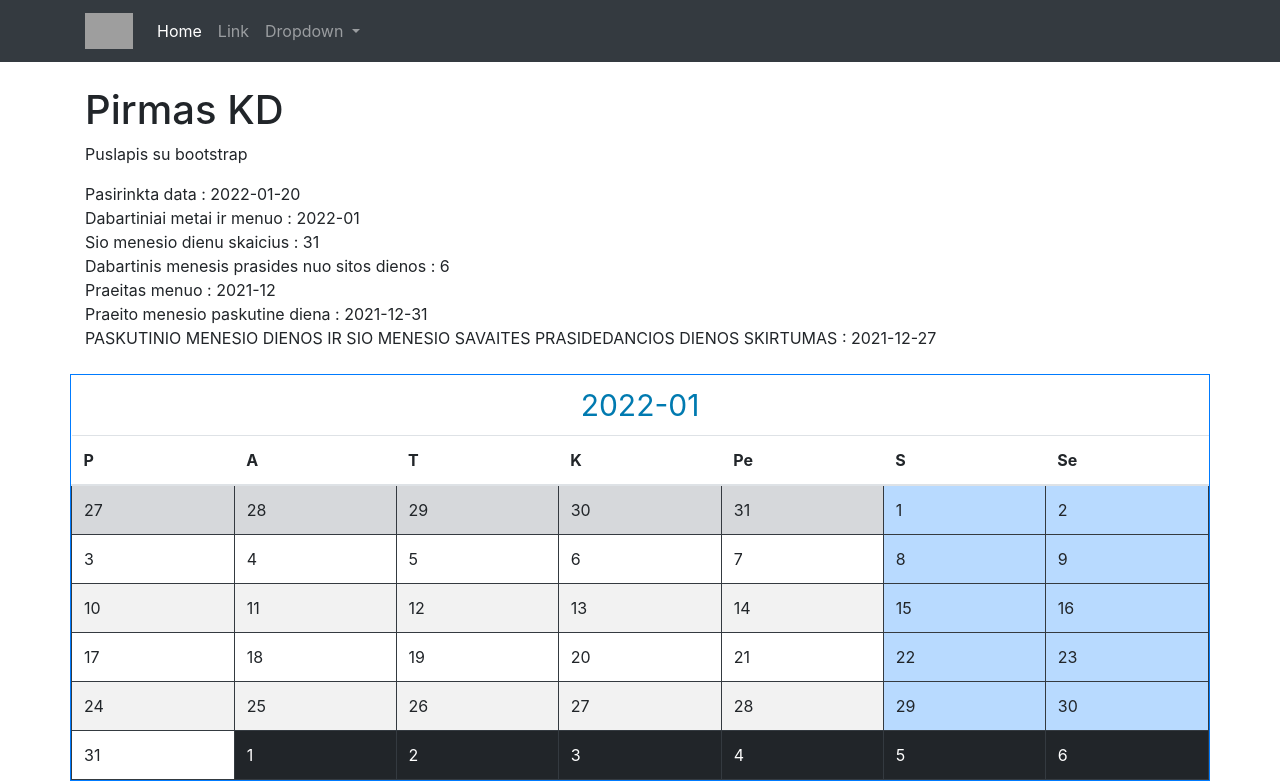
Repository: laurynasdanius/LaravelFramework
Page: http://localhost/
These files come from the project's save history. The page is drawn as it stood at one moment and after the next save; the edit follows.
The browser window is 1280 px wide. The pictures show the whole page.
Pictures or frames that could not be fetched are drawn as grey boxes. The page is served by the project's Laravel application, run on PHP 8.4 with Laravel 9. Other server files are loaded and not shown.

Above is the page before, as saved 2022-03-01 12:46:45.

### resources/views/pirmasKD.blade.php
{{--
1. pasidaryti view'o welcome.blade.php kopiją kitu pavadinimu pvz.
test.blade.php
2. sutvarkyti route padaryti test.blade.php startuojančiu
3. vietoje esamo turinio įdėti savo kodą, kuris sugeneruotų (naudoti ciklą)
mėnesio kalendorių, savaitgalio dienas rodyti kita spalva (pvz. raudona).

Pateikti:
1. test.blade.php  ir route kodus
2. ataskaitą (PDF) su  ekrano vaizdais ir programos kodu. --}}
<!DOCTYPE html>
<html lang="{{ str_replace('_', '-', app()->getLocale()) }}">

<head>
    <!-- Required meta tags -->
    <meta charset="utf-8">
    <meta name="viewport" content="width=device-width, initial-scale=1, shrink-to-fit=no">

    <!-- Bootstrap CSS -->
    <link rel="stylesheet" href="https://stackpath.bootstrapcdn.com/bootstrap/4.1.3/css/bootstrap.min.css"
        integrity="sha384-MCw98/SFnGE8fJT3GXwEOngsV7Zt27NXFoaoApmYm81iuXoPkFOJwJ8ERdknLPMO" crossorigin="anonymous">
</head>
{{-- Custom stilius kalendoriaus pavadinimo iskelimui ant virsaus --}}
<style>
    caption {
        font-size: 30px;
        line-height: 36px;
        color: #007ab0;
    }

    #kalendorius caption {
        /* ADDED */
        caption-side: top;
        text-align: center;
    }
</style>
<!-- Navigation -->
<nav class="navbar navbar-expand-lg navbar-dark bg-dark static-top">
    <div class="container">
        <a class="navbar-brand" href="#">
            <img src="https://placeholder.pics/svg/150x50/888888/EEE/Logo" alt="..." height="36">
        </a>
        <button class="navbar-toggler" type="button" data-bs-toggle="collapse" data-bs-target="#navbarSupportedContent"
            aria-controls="navbarSupportedContent" aria-expanded="false" aria-label="Toggle navigation">
            <span class="navbar-toggler-icon"></span>
        </button>
        <div class="collapse navbar-collapse" id="navbarSupportedContent">
            <ul class="navbar-nav ms-auto">
                <li class="nav-item">
                    <a class="nav-link active" aria-current="page" href="#">Home</a>
                </li>
                <li class="nav-item">
                    <a class="nav-link" href="#">Link</a>
                </li>
                <li class="nav-item dropdown">
                    <a class="nav-link dropdown-toggle" href="#" id="navbarDropdown" role="button"
                        data-bs-toggle="dropdown" aria-expanded="false">
                        Dropdown
                    </a>
                    <ul class="dropdown-menu dropdown-menu-end" aria-labelledby="navbarDropdown">
                        <li><a class="dropdown-item" href="#">Action</a></li>
                        <li><a class="dropdown-item" href="#">Another action</a></li>
                        <li>
                            <hr class="dropdown-divider">
                        </li>
                        <li><a class="dropdown-item" href="#">Something else here</a></li>
                    </ul>
                </li>
            </ul>
        </div>
    </div>
</nav>

<!-- Page Content -->
<div class="container">
    <h1 class="mt-4">Pirmas KD</h1>
    <p>Puslapis su bootstrap</p>
</div>

<div class="container">

{{-- PHP kodas --}}
@php
//Pasirinkta data
$date = new DateTime('2022-01-20');
echo 'Pasirinkta data : '.$date->format('Y-m-d');
echo '<br>';


//Dabartiniai metai ir menuo
$thisYearMonth = $date->format('Y-m');
echo 'Dabartiniai metai ir menuo : '.$thisYearMonth;
echo '<br>';

//SIO MENESIO DIENU SKAICIUS
$days = $date->format('t');
echo 'Sio menesio dienu skaicius : '.$days;
echo '<br>';

//PIRMA MENESIO DIENA
$firstMonthDay = $date->format('Y-m-01');

//DABARTINIS MENESIS PRASIDEDA NUO SITOS DIENOS (imama pirma menesio diena):
$dayNum = date_create($firstMonthDay)->format('N');
echo 'Dabartinis menesis prasides nuo sitos dienos : '.$dayNum;
echo '<br>';

//PRAEITAS MENUO
$lastMonth = $date->modify('-1 month')->format('Y-m');
echo 'Praeitas menuo : '.$lastMonth;
echo '<br>';

//PRAEITO MENESIO PASKUTINE DIENA
$lastDayOfLastMonth = date("Y-m-t", strtotime($lastMonth));
echo 'Praeito menesio paskutine diena : '.$lastDayOfLastMonth;
echo '<br>';

//PASKUTINIO MENESIO DIENOS IR SIO MENESIO SAVAITES PRASIDEDANCIOS DIENOS SKIRTUMAS
$daydiff = date_create($lastDayOfLastMonth)->modify('-'.$dayNum.' day')->modify('+2 day')->format('Y-m-d');
echo 'PASKUTINIO MENESIO DIENOS IR SIO MENESIO SAVAITES PRASIDEDANCIOS DIENOS SKIRTUMAS : '.$daydiff;

//skaiciuokle
$skaiciuokle =0;

// array su dienu pavadinimais
$dienuPav = [
'P',
'A',
'T',
'K',
'Pe',
'S',
'Se'
];

@endphp
</div>
<br>

{{-- Lenteles kurimas --}}
<div class="container border border-primary">
    <div class="row">
        <table id="kalendorius" class="table table-striped mb-0">
            {{-- date isvedimas ant virsaus su caption --}}
            <caption>@php echo $thisYearMonth @endphp</caption>
            <thead>
                <tr>
                    {{-- isvedame savaites dienas --}}
                    @foreach ($dienuPav as $diena)
                      @php
                        echo '<th scope="col">'.$diena.'</th>';
                      @endphp
                    @endforeach
                </tr>
            </thead>

            <tbody>
                <tr>
                {{-- Spauzdiname praeito menesio dienas kad uzpilditume tuscias vietas kalendoriuje --}}
                  @for($ii = date_create($daydiff)->format('d') ; $ii <= date_create($lastDayOfLastMonth)->format('d'); $ii++)

                    @if($dayNum!=1)
                        @php
                            echo '<td class="table-secondary border border-dark">'.$ii.'</td>';
                            $skaiciuokle++;
                        @endphp

                        @else
                            @break
                    @endif

                      @if($skaiciuokle==7)
                        @php
                            echo '</tr>';
                            echo '<tr>';
                            $skaiciuokle=0;
                        @endphp
                      @endif
                  @endfor
                  @for( $i = 1; $i <= $days; $i++)
                    @php
                    $skaiciuokle++;
                    @endphp

                    @if($skaiciuokle==6)
                      @php
                        echo '<td class="border border-dark table-primary">'.$i.'</td>';
                      @endphp
                    @elseif($skaiciuokle==7)
                      @php
                        echo '<td class="border border-dark table-primary">'.$i.'</td>';
                        echo '</tr>';
                        echo '<tr>';
                        $skaiciuokle=0;
                      @endphp
                    @else
                        @php
                         echo '<td class="border border-dark">'.$i.'</td>';
                        @endphp
                    @endif
                  @endfor
                  @if($days==31 || $skaiciuokle != 7)
                    @php
                        $sk2=1;
                    @endphp
                    @while($skaiciuokle!=7)
                        @php
                        echo '<td class="table-dark border border-dark">'.$sk2.'</td>';
                        $sk2++;
                        $skaiciuokle++;
                        @endphp
                    @endwhile
                  @endif
                </tr>
            </tbody>
        </table>
    </div>
</div>


<!-- Optional JavaScript -->
<!-- jQuery first, then Popper.js, then Bootstrap JS -->
<script src="https://code.jquery.com/jquery-3.3.1.slim.min.js"
    integrity="sha384-q8i/X+965DzO0rT7abK41JStQIAqVgRVzpbzo5smXKp4YfRvH+8abtTE1Pi6jizo" crossorigin="anonymous">
</script>
<script src="https://cdnjs.cloudflare.com/ajax/libs/popper.js/1.14.3/umd/popper.min.js"
    integrity="sha384-ZMP7rVo3mIykV+2+9J3UJ46jBk0WLaUAdn689aCwoqbBJiSnjAK/l8WvCWPIPm49" crossorigin="anonymous">
</script>
<script src="https://stackpath.bootstrapcdn.com/bootstrap/4.1.3/js/bootstrap.min.js"
    integrity="sha384-ChfqqxuZUCnJSK3+MXmPNIyE6ZbWh2IMqE241rYiqJxyMiZ6OW/JmZQ5stwEULTy" crossorigin="anonymous">
</script>
</body>

</html>

Loaded but not shown: routes/web.php (common file)

After the next save:
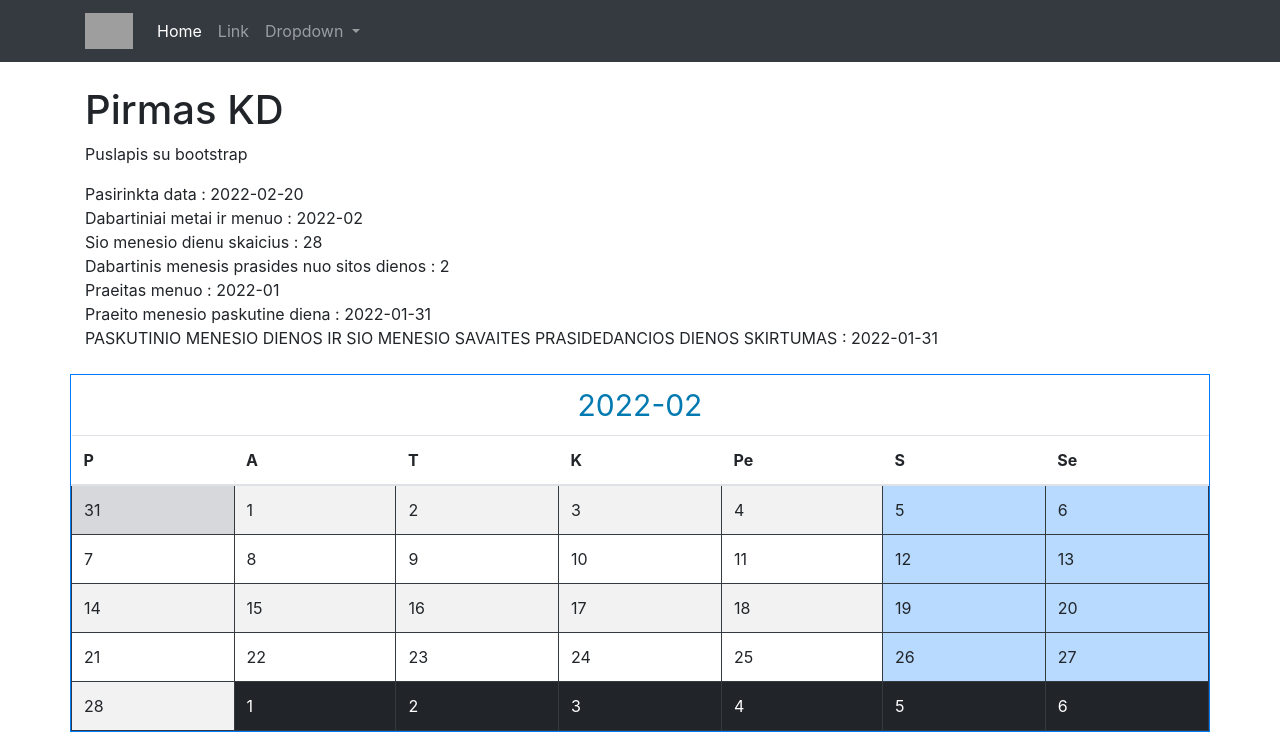
Saved 7 min 36 s later.
--- a/resources/views/pirmasKD.blade.php
+++ b/resources/views/pirmasKD.blade.php
@@ -82,7 +82,7 @@ Pateikti:
 {{-- PHP kodas --}}
 @php
 //Pasirinkta data
-$date = new DateTime('2022-01-20');
+$date = new DateTime('2022-02-20');
 echo 'Pasirinkta data : '.$date->format('Y-m-d');
 echo '<br>';
 
